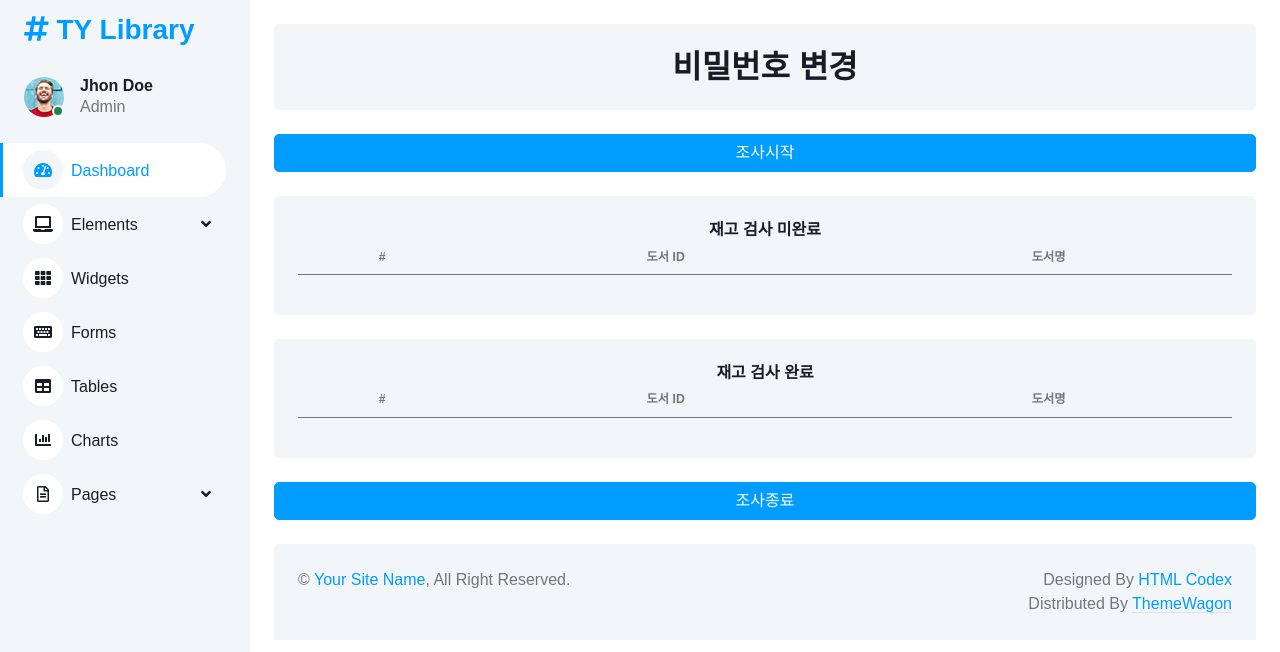
Repository: maryong2/myfirstgitproject
Page: http://localhost/library/WEB-INF/views/admin/user-passreset.jsp
These files come from the project's save history. The page is drawn as it stood at one moment and after the next save; the edit follows.
The browser window is 1280 px wide. The pictures show the whole page.
Some web fonts or font styles are not loaded; a fallback is used. Some web libraries are served in a nearby version. The page is served by Tomcat 9. Nobody is signed in. The template is opened directly, without the code that normally fills it, so the values that code supplies are empty.

Above is the page before, as saved 2023-11-27 04:57:38.
Console error: SyntaxError: Unexpected token '=='

After the next save:
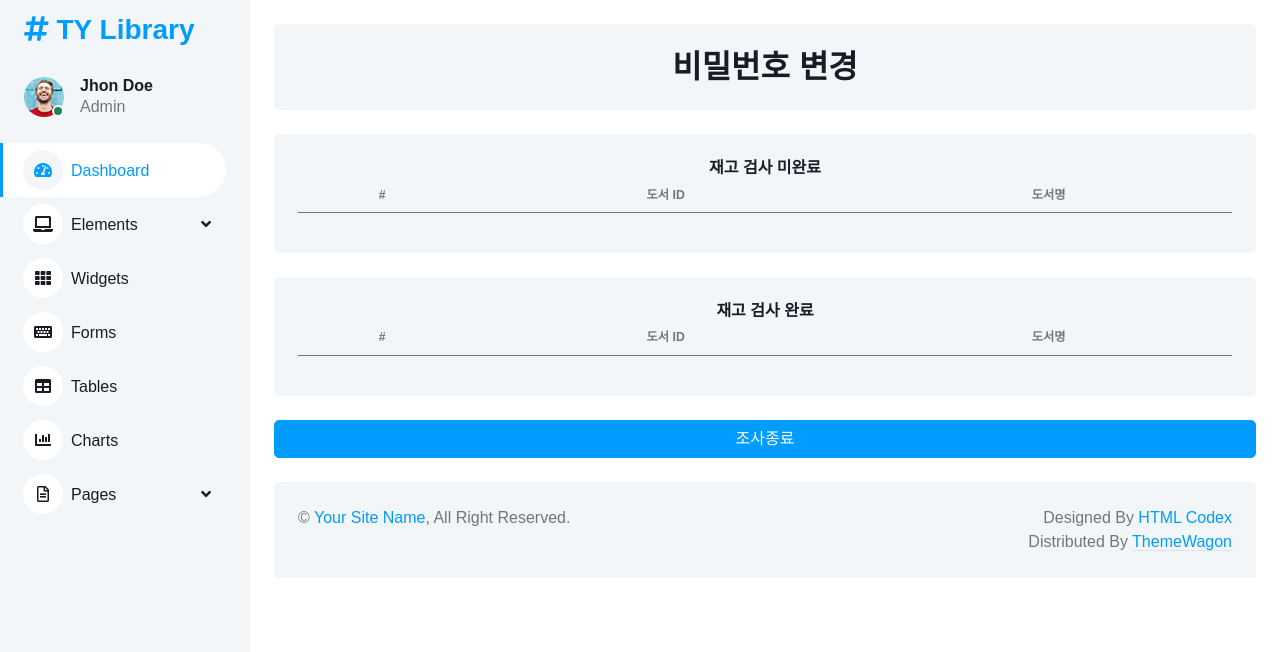
Saved 16 s later.
--- a/library/src/main/webapp/WEB-INF/views/admin/user-passreset.jsp
+++ b/library/src/main/webapp/WEB-INF/views/admin/user-passreset.jsp
@@ -140,16 +140,7 @@
 			<!-- Sales Chart Start -->
 			<div class="container-fluid pt-4 px-4">
 				<div class="row g-4">
-					<div class="col-sm-12 col-xl-12">
-						<form action="stock-count" method="post">
-							<input type="text" name="stock" value="start"
-								style="display: none" id="goscan" /> <input type="text"
-								name="state" value="1" style="display: none" /><input
-								type="button" id="stock-select"
-								class="btn btn-primary m-2 w-100" value="조사시작"
-								onclick="determine()" style="margin: 0 !important;" />
-						</form>
-					</div>
+
 
 
 					<!-- Sales Chart End -->
